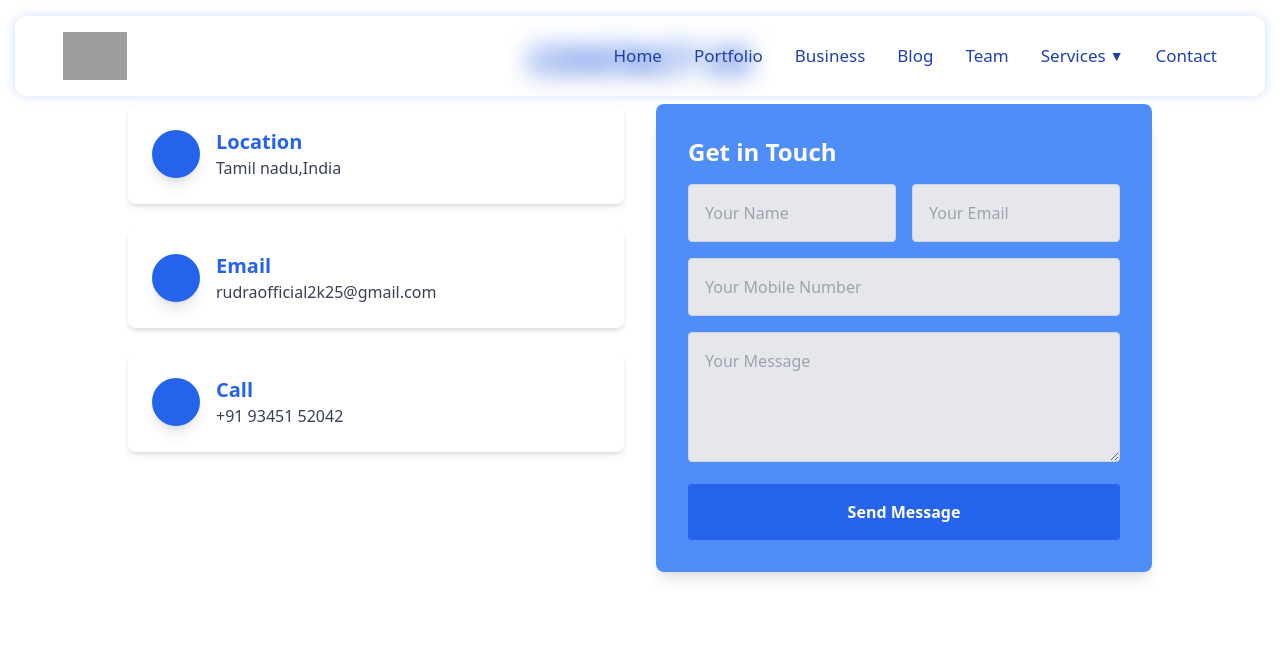
Repository: Rudra-Eswaran/Rudra_Official
Page: /
The author's editor kept a copy of each file at every save. The page is drawn from the files as they stood at one save, then again after the next save.
The browser window is 1280 px wide. The pictures show the whole page.
Pictures or frames that could not be fetched are drawn as grey boxes. Some web libraries are served in a nearby version. The project was rebuilt for these pictures with package versions that can differ from the ones it lists, and the page was loaded fresh each time. Also part of the build but not shown: vite.config.js.

Above is the page before, as saved 2025-04-15 19:04:44.

### index.html
<!doctype html>
<html lang="en">
  <head>
    <meta charset="UTF-8" />
    <link rel="icon" type="image/svg+xml" href="/vite.svg" />
    <meta name="viewport" content="width=device-width, initial-scale=1.0" />
    <title>Rudra Loading</title>
    <!-- Tailwind CSS CDN -->
<script src="https://cdn.tailwindcss.com"></script>

  </head>
  <body>
    <div id="root"></div>
    <script type="module" src="/src/main.jsx"></script>
  </body>
</html>

### src/App.jsx
import Navbar from "./components/Navbar";
import Contact from "./pages/Contactus";

export default function App() {
  return (
    <>
      <Navbar />
      <Contact/>
    </>
  );
}

### src/components/Navbar.jsx
import { useState, useEffect } from "react";
import { Link } from "react-router-dom";

const Navbar = () => {
  const [isDropdownOpen, setIsDropdownOpen] = useState(false);
  const [scrolled, setScrolled] = useState(false);

  useEffect(() => {
    const handleScroll = () => {
      setScrolled(window.scrollY > 10);
    };
    window.addEventListener("scroll", handleScroll);
    return () => window.removeEventListener("scroll", handleScroll);
  }, []);

  return (
    <nav
      className={`fixed top-4 left-[15px] right-[15px] z-50 p-4 rounded-xl backdrop-blur-md transition-all duration-300 ease-in-out
        ${scrolled ? "shadow-[0_0_20px_rgba(0,102,255,0.4)]" : "shadow-[0_0_12px_rgba(0,102,255,0.2)]"}
      `}
    >
      <div className="flex justify-between items-center px-4 md:px-8 bg-transparent">
        {/* Logo */}
        <div className="flex items-center space-x-2">
          <img
            src="path_to_your_logo.gif"
            alt="Logo"
            className="h-12 w-auto transition-transform transform hover:scale-110"
          />
        </div>

        {/* Desktop Menu */}
        <ul className="hidden md:flex space-x-8 text-[17px] font-medium text-blue-800">
          <li><Link to="/" className="hover:text-blue-400 hover:scale-105 transition-all">Home</Link></li>
          <li><Link to="/portfolio" className="hover:text-blue-400 hover:scale-105 transition-all">Portfolio</Link></li>
          <li><Link to="/business" className="hover:text-blue-400 hover:scale-105 transition-all">Business</Link></li>
          <li><Link to="/blog" className="hover:text-blue-400 hover:scale-105 transition-all">Blog</Link></li>
          <li><Link to="/team" className="hover:text-blue-400 hover:scale-105 transition-all">Team</Link></li>

          {/* Services Dropdown */}
          <li className="relative">
            <button
              onClick={() => setIsDropdownOpen(!isDropdownOpen)}
              className="flex items-center hover:text-blue-400 hover:scale-105 transition-all"
            >
              Services <span className="ml-1 text-sm">{isDropdownOpen ? "▲" : "▼"}</span>
            </button>
            {isDropdownOpen && (
              <ul className="absolute left-0 mt-2 bg-white border border-blue-200 shadow-xl rounded-md py-2 w-44 animate-fadeIn space-y-2 text-blue-800 z-50">
                <li><Link to="/products" className="block px-4 py-2 hover:bg-blue-50 hover:text-blue-500 transition-all" onClick={() => setIsDropdownOpen(false)}>Products</Link></li>
                <li><Link to="/services" className="block px-4 py-2 hover:bg-blue-50 hover:text-blue-500 transition-all" onClick={() => setIsDropdownOpen(false)}>Services</Link></li>
                <li><Link to="/edtech" className="block px-4 py-2 hover:bg-blue-50 hover:text-blue-500 transition-all" onClick={() => setIsDropdownOpen(false)}>Edtech</Link></li>
              </ul>
            )}
          </li>

          <li><Link to="/contact" className="hover:text-blue-400 hover:scale-105 transition-all">Contact</Link></li>
        </ul>
      </div>
    </nav>
  );
};

export default Navbar;

### src/pages/Contactus.jsx
import React, { useState } from "react";
import { motion } from "framer-motion";
import { FiPhone, FiMail, FiMapPin, FiX } from "react-icons/fi";  // Using react-icons for Phone, Email, Location
import { CONTACT_INFO, MODAL_MESSAGES, FORM_FIELDS, BUTTON_LABELS } from "../Constants"; // Import constants

const Contactus = ({ scrollToFooter }) => {
  const [formData, setFormData] = useState({ name: "", email: "", message: "", phone: "" });
  const [submitted, setSubmitted] = useState(false);
  const [loading, setLoading] = useState(false);
  const [showModal, setShowModal] = useState(false);

  const handleChange = (e) => {
    setFormData({ ...formData, [e.target.name]: e.target.value });
  };

  const handleSubmit = async (e) => {
    e.preventDefault();

    if (!formData.name || !formData.email || !formData.message || !formData.phone) {
      alert("Please fill in all the fields.");
      return;
    }

    const emailRegex = /^[^\s@]+@[^\s@]+\.[^\s@]+$/;
    if (!emailRegex.test(formData.email)) {
      alert("Please enter a valid email address.");
      return;
    }

    setLoading(true);
    try {
      const response = await fetch(`${import.meta.env.VITE_BACKEND_BASE_URL}/contact`, {
        method: "POST",
        headers: { "Content-Type": "application/json" },
        body: JSON.stringify(formData),
      });

      const result = await response.json();
      if (result.success) {
        setSubmitted(true);
        setShowModal(true);
        setFormData({ name: "", email: "", message: "", phone: "" });
        setTimeout(() => setShowModal(false), 4000);
      } else {
        alert("Failed to submit form");
      }
    } catch (err) {
      console.error("Error submitting form:", err);
      alert("Something went wrong!");
    } finally {
      setLoading(false);
    }
  };

  return (
    <motion.section
      initial={{ opacity: 0, y: 30 }}
      animate={{ opacity: 1, y: 0 }}
      transition={{ duration: 0.6, ease: "easeOut" }}
      className="relative text-black py-8 px-4 md:py-10 md:px-6 min-h-screen md:min-h-fit"
      style={{
        backgroundColor: "#ffffff", // White background
        backgroundSize: "cover",
        backgroundPosition: "center",
        backgroundRepeat: "no-repeat",
      }}
    >
      <div className="relative container mx-auto max-w-5xl text-center">
        <motion.h2
          className="text-3xl md:text-4xl font-bold text-blue-600 mb-6 uppercase drop-shadow-lg"
          initial={{ opacity: 0, y: -20 }}
          animate={{ opacity: 1, y: 0 }}
          transition={{ duration: 0.5 }}
          whileHover={{ textShadow: "0px 0px 10px rgba(0, 123, 255, 0.8)" }}
        >
          Contact Us
        </motion.h2>
      </div>

      <div className="relative container mx-auto grid grid-cols-1 md:grid-cols-2 gap-6 md:gap-8 max-w-5xl pb-0 mb-0">
        <div className="space-y-6">
          {Object.keys(CONTACT_INFO).map((key) => (
            <InfoBox
              key={key}
              icon={
                key === "location" ? (
                  <FiMapPin size={30} className="text-blue-600" />
                ) : key === "phone" ? (
                  <FiPhone size={30} className="text-blue-600" />
                ) : (
                  <FiMail size={30} className="text-blue-600" />
                )
              }
              title={CONTACT_INFO[key].title}
              text={CONTACT_INFO[key].text}
              onClick={scrollToFooter}
            />
          ))}
        </div>

        <div className="bg-blue-500 bg-opacity-90 p-6 md:p-8 rounded-lg shadow-lg">
          <motion.h3 whileHover={{ scale: 1.05, color: "#ffffff" }} className="text-xl md:text-2xl font-semibold mb-4 text-white">
            Get in Touch
          </motion.h3>
          <form onSubmit={handleSubmit} className="space-y-4">
            <div className="grid grid-cols-1 md:grid-cols-2 gap-4">
              <InputField type="text" name="name" placeholder={FORM_FIELDS.name} value={formData.name} handleChange={handleChange} />
              <InputField type="email" name="email" placeholder={FORM_FIELDS.email} value={formData.email} handleChange={handleChange} />
            </div>
            <InputField type="tel" name="phone" placeholder={FORM_FIELDS.phone} value={formData.phone} handleChange={handleChange} />
            <TextAreaField name="message" placeholder={FORM_FIELDS.message} value={formData.message} handleChange={handleChange} />
            <motion.button
              whileHover={{ scale: !loading ? 1.05 : 1 }}
              type="submit"
              disabled={loading}
              className={`w-full p-3 md:p-4 rounded text-white font-semibold transition ${
                loading ? "bg-gray-500 cursor-not-allowed" : "bg-blue-600 hover:bg-blue-700"
              }`}
            >
              {loading ? BUTTON_LABELS.sending : BUTTON_LABELS.send}
            </motion.button>
          </form>
        </div>
      </div>

      {showModal && (
        <div className="fixed inset-0 flex items-center justify-center z-50 bg-black bg-opacity-60">
          <motion.div
            initial={{ scale: 0.8, opacity: 0 }}
            animate={{ scale: 1, opacity: 1 }}
            className="bg-white text-black p-6 rounded-xl shadow-xl max-w-sm w-full relative"
          >
            <button
              onClick={() => setShowModal(false)}
              className="absolute top-2 right-2 text-gray-500 hover:text-red-500"
            >
              <FiX size={20} />
            </button>
            <h4 className="text-xl font-bold mb-2 text-blue-600">{MODAL_MESSAGES.success.title}</h4>
            <p>{MODAL_MESSAGES.success.message}</p>
          </motion.div>
        </div>
      )}
    </motion.section>
  );
};

const InfoBox = ({ icon, title, text, onClick }) => (
  <motion.div
    onClick={onClick}
    className="cursor-pointer bg-white p-4 md:p-6 rounded-lg flex items-center gap-4 shadow-md transition-transform transform hover:scale-103 hover:shadow-lg"
    whileHover={{ scale: 1.03, boxShadow: "0px 0px 10px rgba(0, 123, 255, 0.4)" }}
  >
    <motion.div
      className="w-12 h-12 flex items-center justify-center rounded-full bg-blue-600 text-white shadow-lg"
      whileHover={{ boxShadow: "0px 0px 15px rgba(0, 123, 255, 1)" }}
      transition={{ duration: 0.3 }}
    >
      {icon}
    </motion.div>
    <div>
      <h4 className="text-lg md:text-xl font-semibold text-blue-600">{title}</h4>
      <p className="text-gray-700">{text}</p>
    </div>
  </motion.div>
);

const InputField = ({ type, name, placeholder, value, handleChange }) => (
  <motion.input
    whileFocus={{ scale: 1.02 }}
    type={type}
    name={name}
    placeholder={placeholder}
    required
    value={value}
    onChange={handleChange}
    className="w-full p-3 md:p-4 rounded bg-gray-200 border border-gray-300 focus:border-blue-500 transition"
  />
);

const TextAreaField = ({ name, placeholder, value, handleChange }) => (
  <motion.textarea
    whileFocus={{ scale: 1.02 }}
    name={name}
    placeholder={placeholder}
    required
    rows="4"
    value={value}
    onChange={handleChange}
    className="w-full p-3 md:p-4 rounded bg-gray-200 border border-gray-300 focus:border-blue-500 transition"
  />
);

export default Contactus;

### src/Constants.jsx
// constants.js
export const CONTACT_INFO = {
    location: {
      title: "Location",
      text: "Tamil nadu,India",
      icon: "FiMapPin",
    },
    email: {
      title: "Email",
      text: "rudraofficial2k25@gmail.com",
      icon: "FiMail",
    },
    phone: {
      title: "Call",
      text: "+91 93451 52042",
      icon: "FiPhone",
    },
  };

  export const MODAL_MESSAGES = {
    success: {
      title: "Success!",
      message: "Your message has been sent. We'll get back to you soon.",
    },
    error: {
      title: "Error",
      message: "Something went wrong. Please try again later.",
    },
  };

  export const FORM_FIELDS = {
    name: "Your Name",
    email: "Your Email",
    phone: "Your Mobile Number",
    message: "Your Message",
  };

  export const BUTTON_LABELS = {
    send: "Send Message",
    sending: "Sending...",
  };

Loaded but not shown: src/main.jsx (common file)

After the next save:
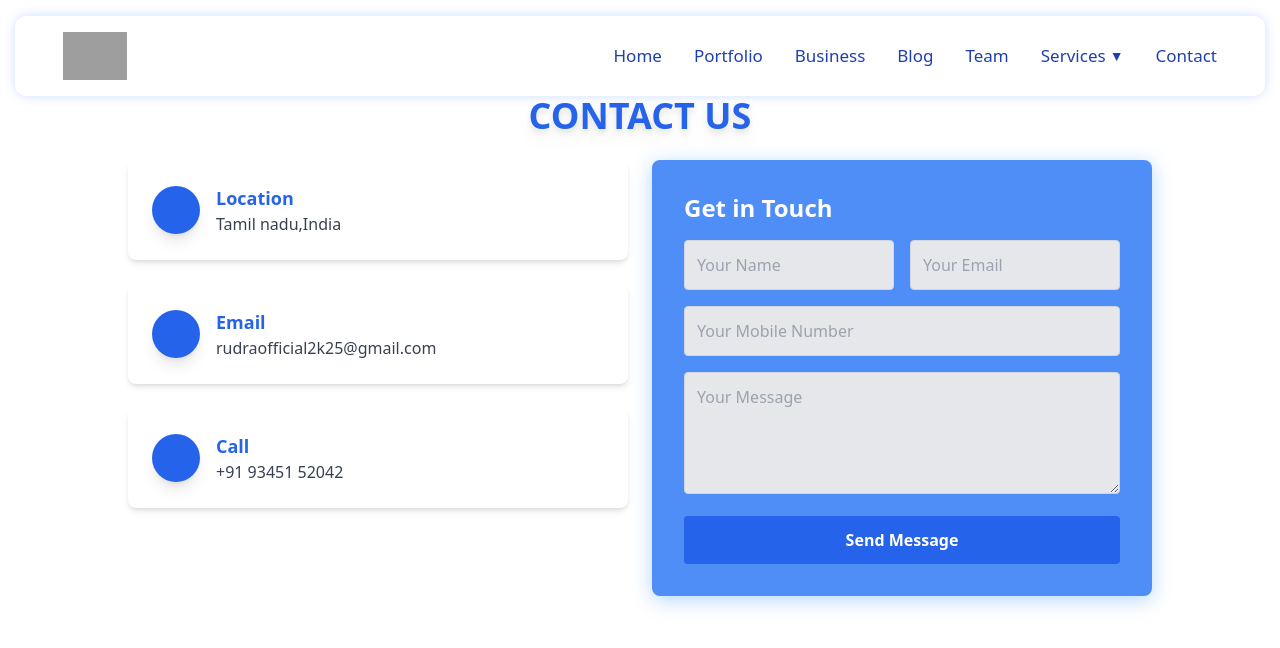
Saved 14 min 53 s later.
--- a/src/pages/Contactus.jsx
+++ b/src/pages/Contactus.jsx
@@ -1,7 +1,7 @@
 import React, { useState } from "react";
 import { motion } from "framer-motion";
-import { FiPhone, FiMail, FiMapPin, FiX } from "react-icons/fi";  // Using react-icons for Phone, Email, Location
-import { CONTACT_INFO, MODAL_MESSAGES, FORM_FIELDS, BUTTON_LABELS } from "../Constants"; // Import constants
+import { FiPhone, FiMail, FiMapPin, FiX } from "react-icons/fi";
+import { CONTACT_INFO, MODAL_MESSAGES, FORM_FIELDS, BUTTON_LABELS } from "../Constants";
 
 const Contactus = ({ scrollToFooter }) => {
   const [formData, setFormData] = useState({ name: "", email: "", message: "", phone: "" });
@@ -57,15 +57,9 @@ const Contactus = ({ scrollToFooter }) => {
       initial={{ opacity: 0, y: 30 }}
       animate={{ opacity: 1, y: 0 }}
       transition={{ duration: 0.6, ease: "easeOut" }}
-      className="relative text-black py-8 px-4 md:py-10 md:px-6 min-h-screen md:min-h-fit"
-      style={{
-        backgroundColor: "#ffffff", // White background
-        backgroundSize: "cover",
-        backgroundPosition: "center",
-        backgroundRepeat: "no-repeat",
-      }}
+      className="relative text-black pt-24 pb-12 px-4 md:px-6 min-h-screen bg-white"
     >
-      <div className="relative container mx-auto max-w-5xl text-center">
+      <div className="container mx-auto max-w-5xl text-center">
         <motion.h2
           className="text-3xl md:text-4xl font-bold text-blue-600 mb-6 uppercase drop-shadow-lg"
           initial={{ opacity: 0, y: -20 }}
@@ -77,7 +71,7 @@ const Contactus = ({ scrollToFooter }) => {
         </motion.h2>
       </div>
 
-      <div className="relative container mx-auto grid grid-cols-1 md:grid-cols-2 gap-6 md:gap-8 max-w-5xl pb-0 mb-0">
+      <div className="container mx-auto grid grid-cols-1 md:grid-cols-2 gap-6 max-w-5xl">
         <div className="space-y-6">
           {Object.keys(CONTACT_INFO).map((key) => (
             <InfoBox
@@ -98,8 +92,8 @@ const Contactus = ({ scrollToFooter }) => {
           ))}
         </div>
 
-        <div className="bg-blue-500 bg-opacity-90 p-6 md:p-8 rounded-lg shadow-lg">
-          <motion.h3 whileHover={{ scale: 1.05, color: "#ffffff" }} className="text-xl md:text-2xl font-semibold mb-4 text-white">
+        <div className="bg-blue-500 bg-opacity-90 p-6 md:p-8 rounded-lg shadow-[0_4px_20px_rgba(0,123,255,0.3)]">
+          <motion.h3 whileHover={{ scale: 1.05 }} className="text-2xl font-semibold mb-4 text-white">
             Get in Touch
           </motion.h3>
           <form onSubmit={handleSubmit} className="space-y-4">
@@ -113,7 +107,7 @@ const Contactus = ({ scrollToFooter }) => {
               whileHover={{ scale: !loading ? 1.05 : 1 }}
               type="submit"
               disabled={loading}
-              className={`w-full p-3 md:p-4 rounded text-white font-semibold transition ${
+              className={`w-full p-3 rounded text-white font-semibold transition ${
                 loading ? "bg-gray-500 cursor-not-allowed" : "bg-blue-600 hover:bg-blue-700"
               }`}
             >
@@ -148,18 +142,14 @@ const Contactus = ({ scrollToFooter }) => {
 const InfoBox = ({ icon, title, text, onClick }) => (
   <motion.div
     onClick={onClick}
-    className="cursor-pointer bg-white p-4 md:p-6 rounded-lg flex items-center gap-4 shadow-md transition-transform transform hover:scale-103 hover:shadow-lg"
-    whileHover={{ scale: 1.03, boxShadow: "0px 0px 10px rgba(0, 123, 255, 0.4)" }}
+    className="cursor-pointer bg-white p-4 md:p-6 rounded-lg flex items-center gap-4 shadow-md hover:shadow-lg transition-transform hover:scale-105"
+    whileHover={{ boxShadow: "0px 0px 10px rgba(0, 123, 255, 0.4)" }}
   >
-    <motion.div
-      className="w-12 h-12 flex items-center justify-center rounded-full bg-blue-600 text-white shadow-lg"
-      whileHover={{ boxShadow: "0px 0px 15px rgba(0, 123, 255, 1)" }}
-      transition={{ duration: 0.3 }}
-    >
+    <div className="w-12 h-12 flex items-center justify-center rounded-full bg-blue-600 text-white shadow-lg">
       {icon}
-    </motion.div>
+    </div>
     <div>
-      <h4 className="text-lg md:text-xl font-semibold text-blue-600">{title}</h4>
+      <h4 className="text-lg font-semibold text-blue-600">{title}</h4>
       <p className="text-gray-700">{text}</p>
     </div>
   </motion.div>
@@ -174,7 +164,7 @@ const InputField = ({ type, name, placeholder, value, handleChange }) => (
     required
     value={value}
     onChange={handleChange}
-    className="w-full p-3 md:p-4 rounded bg-gray-200 border border-gray-300 focus:border-blue-500 transition"
+    className="w-full p-3 rounded bg-gray-200 border border-gray-300 focus:border-blue-500 transition"
   />
 );
 
@@ -187,7 +177,7 @@ const TextAreaField = ({ name, placeholder, value, handleChange }) => (
     rows="4"
     value={value}
     onChange={handleChange}
-    className="w-full p-3 md:p-4 rounded bg-gray-200 border border-gray-300 focus:border-blue-500 transition"
+    className="w-full p-3 rounded bg-gray-200 border border-gray-300 focus:border-blue-500 transition"
   />
 );
 
